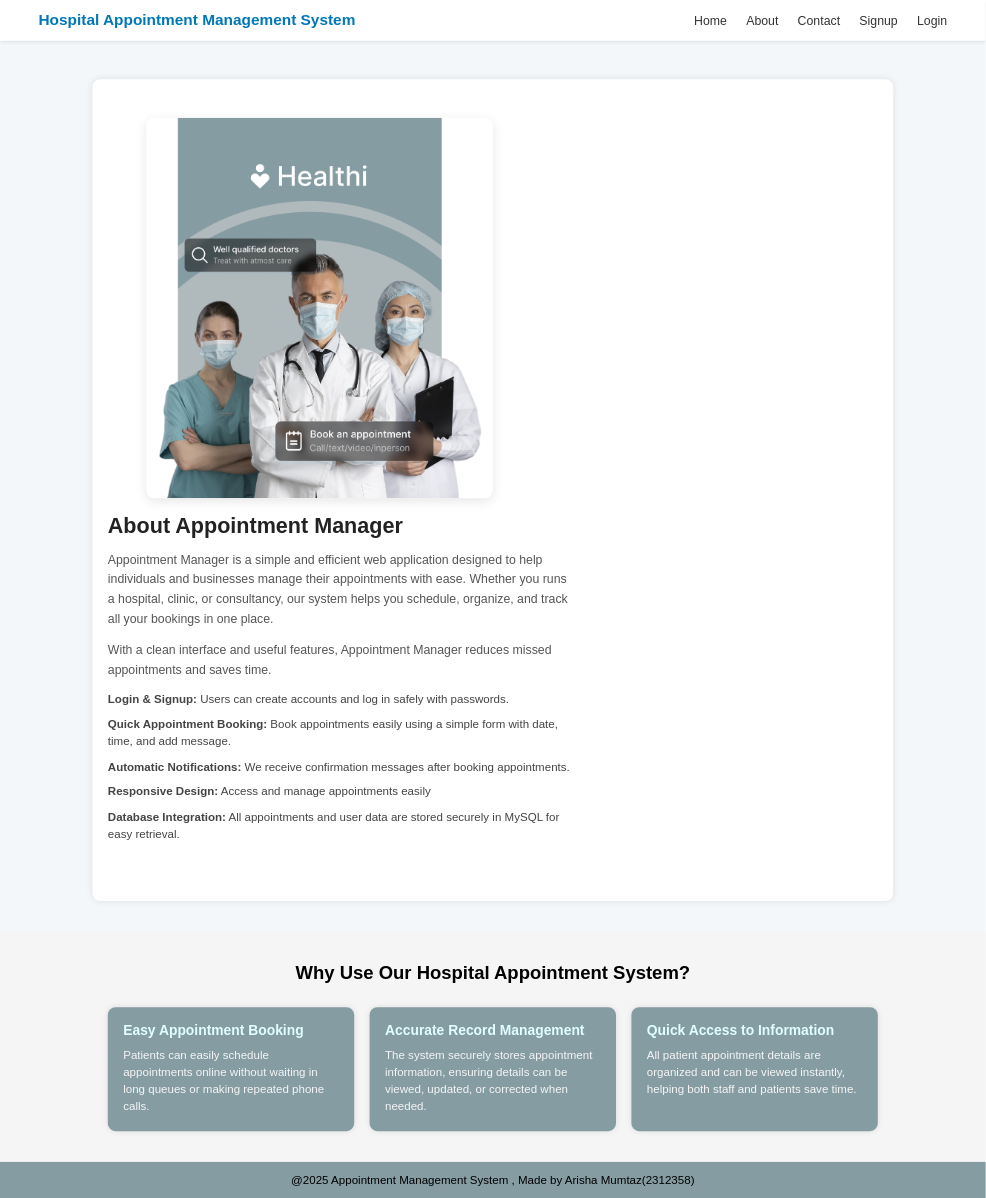
Repository: Arisha004/hospital-management-midterm-
Page: http://localhost/about.html
The author's editor kept a copy of each file at every save. The page is drawn from the files as they stood at one save, then again after the next save.
The browser window is 1280 px wide. The pictures show the whole page, at 77% of full size.
The page is run by PHP 8.4 with error messages shown; the project is at /var/www/html/.

Above is the page before, as saved 2025-11-02 20:47:16.

After the next save:
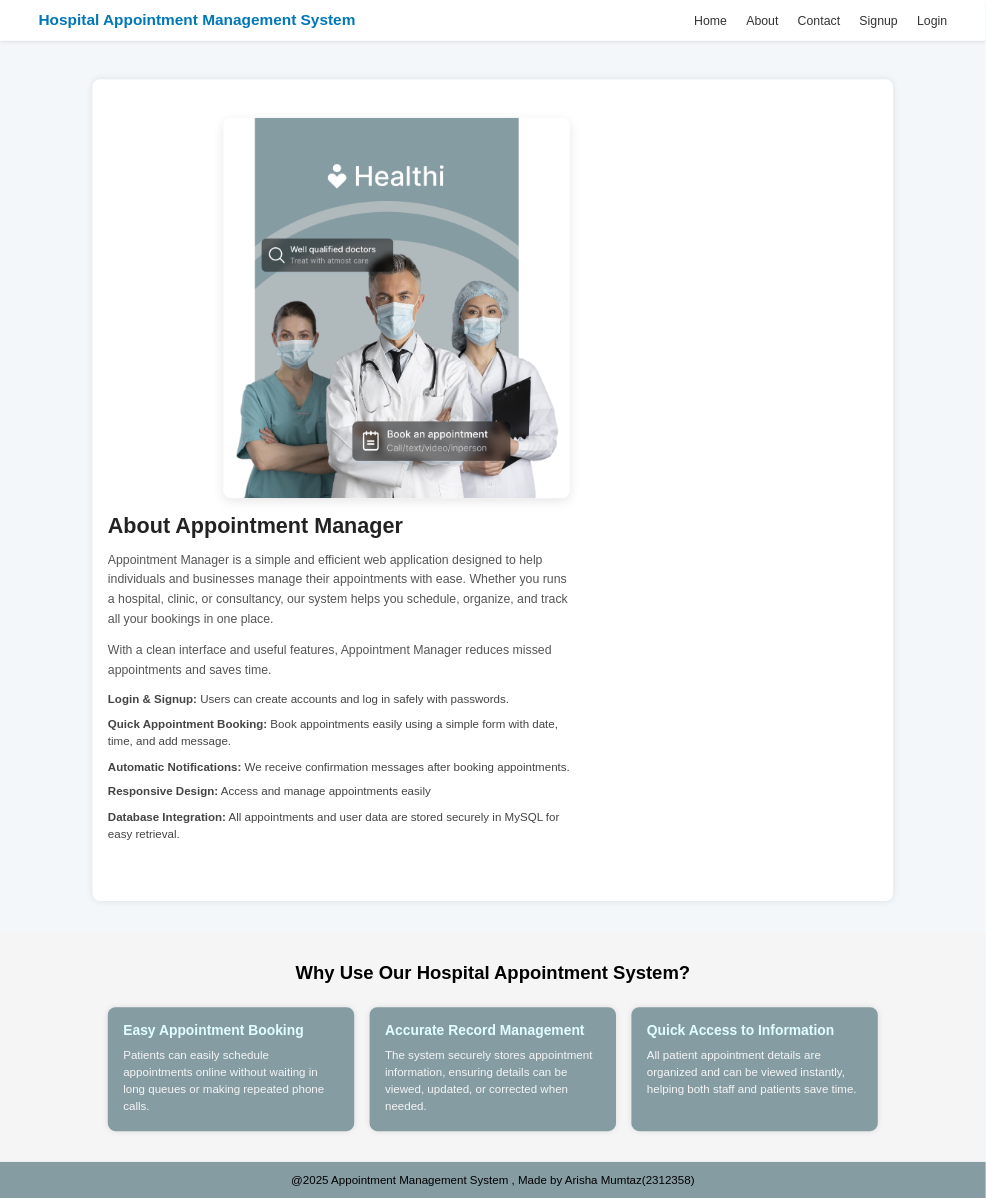
Saved 9 s later.
--- a/style.css
+++ b/style.css
@@ -130,7 +130,7 @@ input, textarea {
   background-color: #7498a3;
 }
 .about-image{
-  margin-left: 50px;
+  margin-left: 150px;
 }
 
 /* Navbar */
